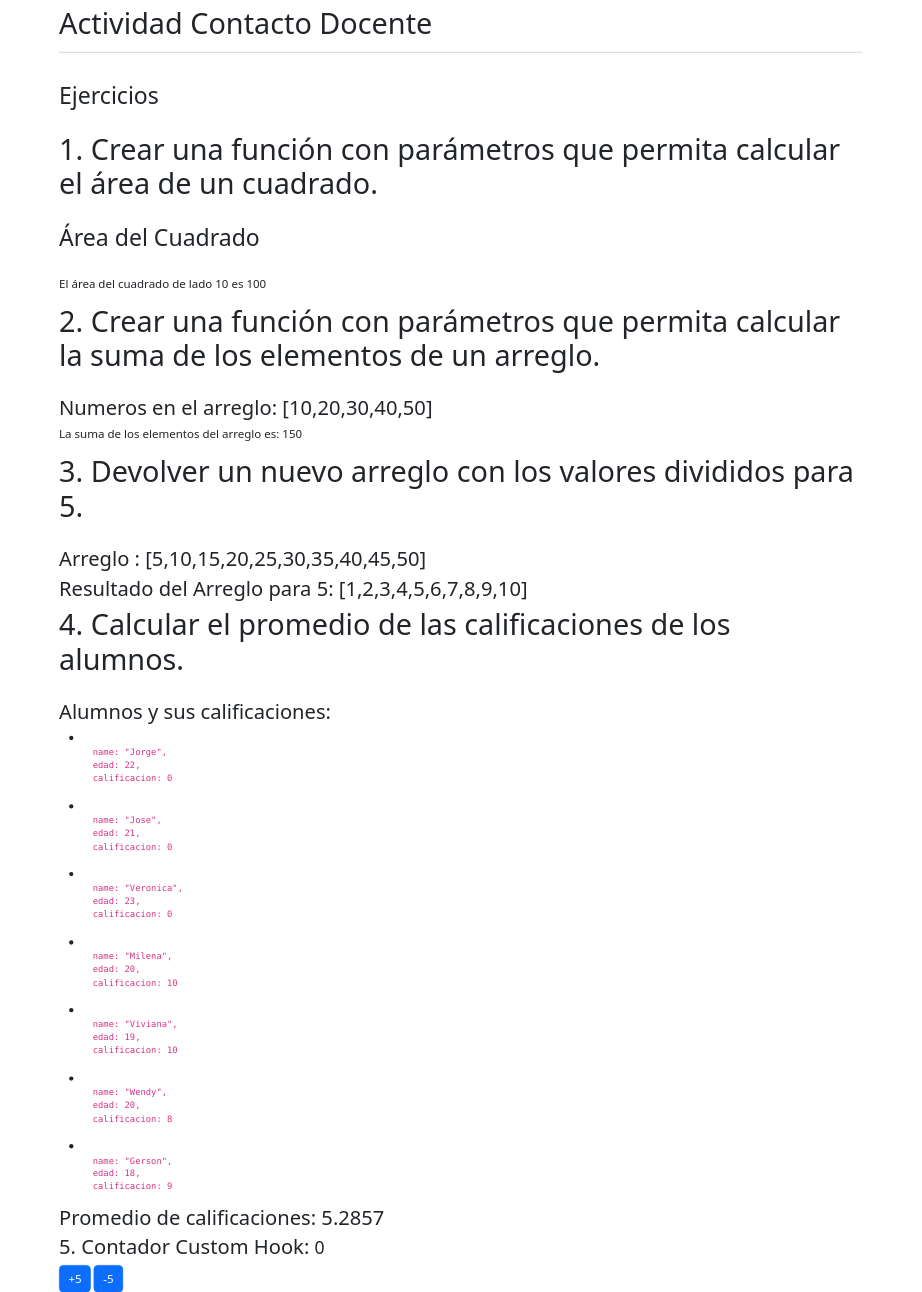
Repository: Jchimbo99/Actvidad1
Page: / (app in typescript-actividad/)
The author's editor kept a copy of each file at every save. The page is drawn from the files as they stood at one save, then again after the next save.
The browser window is 1280 px wide. The pictures show the whole page, at 72% of full size.
The project was rebuilt for these pictures with package versions that can differ from the ones it lists, and the page was loaded fresh each time. Also part of the build but not shown: typescript-actividad/vite.config.ts.

Above is the page before, as saved 2025-01-24 17:57:37.

### typescript-actividad/index.html
<!doctype html>
<html lang="en">
  <head>
    <meta charset="UTF-8" />
    <link rel="icon" type="image/svg+xml" href="/vite.svg" />
    <meta name="viewport" content="width=device-width, initial-scale=1.0" />
    <link href="https://cdn.jsdelivr.net/npm/bootstrap@5.3.3/dist/css/bootstrap.min.css" rel="stylesheet" integrity="sha384-QWTKZyjpPEjISv5WaRU9OFeRpok6YctnYmDr5pNlyT2bRjXh0JMhjY6hW+ALEwIH" crossorigin="anonymous">

    <title>Activididad Jch</title>
  </head>
  <body class="container">
    <div id="root"></div>
    <script type="module" src="/src/main.tsx"></script>
  </body>
</html>

### typescript-actividad/src/App.tsx
import { ContadorCustomHook } from "./components/ContadorCustomHook";
import { AreaCuadrado } from "./typescript/AreaCuadrado";
import { SumaArreglo } from "./typescript/Arreglo";
import { ArreglosDivision } from "./typescript/ArreglosDivision";
import { PromedioCalificaciones } from "./typescript/PromedioCalificaciones";

export const App = () => {
  return (

    <div className="mt-2">
      <h1>Actividad Contacto Docente</h1>
      <hr />
      <br />
      <h2>Ejercicios</h2>
      <br />

      <AreaCuadrado/>

      <SumaArreglo/>
      <ArreglosDivision/>
      <PromedioCalificaciones/>
      <ContadorCustomHook/>
      </div>
  )
}


export default App;

### typescript-actividad/src/components/ContadorCustomHook.tsx
import { useCounter } from "../hooks/useCounter";

export const ContadorCustomHook = () => {

    //lamar custohok

    const {valor, contador}=useCounter(0);


return (
    <div>
    <h3>5. Contador Custom Hook: <small>{valor}</small>
    </h3>
    <button
        className="btn btn-primary"
        onClick={() => contador(5)}>+5
    </button>
    &nbsp;

    <button
        className="btn btn-primary"
        onClick={() => contador(-5)}>-5
    </button>
    &nbsp;
    </div>
);
};

### typescript-actividad/src/typescript/AreaCuadrado.tsx
export const AreaCuadrado = () => {
    const lado = 10;
    const area = lado * lado;

    return (
        <div>

            <h1>1.	Crear una función con parámetros que permita calcular el área de un cuadrado.</h1>
            <br />
            <h2>Área del Cuadrado</h2>
            <br />
            <p>El área del cuadrado de lado {lado} es {area}</p>

        </div>
    );
}

### typescript-actividad/src/typescript/Arreglo.tsx
export const SumaArreglo = () => {

    const numeros = [10, 20, 30, 40, 50];

    const calcularSuma = (numeros: number[]): number => {
        return numeros.reduce((total, numero) => total + numero, 0);
    }

    const totalSuma = calcularSuma(numeros);

    return (
        <div>
            <h1>2. Crear una función con parámetros que permita calcular la suma de los elementos de un arreglo.</h1>
            <br />
            <h3>Numeros en el arreglo: {JSON.stringify(numeros)}</h3>
            <p>La suma de los elementos del arreglo es: {totalSuma}</p>
        </div>
    );
}

### typescript-actividad/src/typescript/ArreglosDivision.tsx
export const ArreglosDivision = () => {
    const arreglo = [5, 10, 15, 20, 25, 30, 35, 40, 45, 50];

    const arregloDividido = arreglo.map((valor) => valor / 5);

    return (
        <div>
            <h1>3. Devolver un nuevo arreglo con los valores divididos para 5.</h1>
            <br />
            <h3>Arreglo : {JSON.stringify(arreglo)}</h3>
            <h3>Resultado del Arreglo para  5: {JSON.stringify(arregloDividido)}</h3>
        </div>
    );
}

### typescript-actividad/src/typescript/PromedioCalificaciones.tsx
interface Alumnos {
    name: string;
    edad: number;
    calificacion: number;
}

export const PromedioCalificaciones = () => {
    const alumnos: Alumnos[] = [
        {
            name: "Jorge",
            edad: 22,
            calificacion: 0,
        },
        {
            name: "Jose",
            edad: 21,
            calificacion: 0,
        },
        {
            name: "Veronica",
            edad: 23,
            calificacion: 0,
        },
        {
            name: "Milena",
            edad: 20,
            calificacion: 10,
        },
        {
            name: "Viviana",
            edad: 19,
            calificacion: 10,
        },
        {
            name: "Wendy",
            edad: 20,
            calificacion: 8,
        },
        {
            name: "Gerson",
            edad: 18,
            calificacion: 9,
        },
    ];

    // Función para calcular el promedio de las calificaciones
    const calcularPromedio = (alumnos: Alumnos[]): number => {
        const sumaCalificaciones = alumnos.reduce((total, alumno) => total + alumno.calificacion, 0);
        return sumaCalificaciones / alumnos.length;
    };

    const promedio = calcularPromedio(alumnos);

    return (
        <div>
            <h1>4. Calcular el promedio de las calificaciones de los alumnos.</h1>
            <br />
            <h3>Alumnos y sus calificaciones:</h3>
            <ul>
                {alumnos.map((alumno) => (
                    <li key={alumno.name}>
                        <code>
                            <pre>{`\n  name: "${alumno.name}",\n  edad: ${alumno.edad},\n  calificacion: ${alumno.calificacion}\n`}</pre>
                        </code>
                    </li>
                ))}
            </ul>
            <h3>Promedio de calificaciones: {Number(promedio.toFixed(4))}</h3>

        </div>
    );
};

### typescript-actividad/src/hooks/useCounter.tsx
import { useState } from "react";

export const useCounter = (inicial: number = 0) => {


    const [valor, setValor] = useState<number>(inicial);


    const contador = (numero: number): void => {
        setValor(valor + numero);
    }
return{
    valor,
    contador
}

}

Loaded but not shown: typescript-actividad/src/main.tsx (common file)

After the next save:
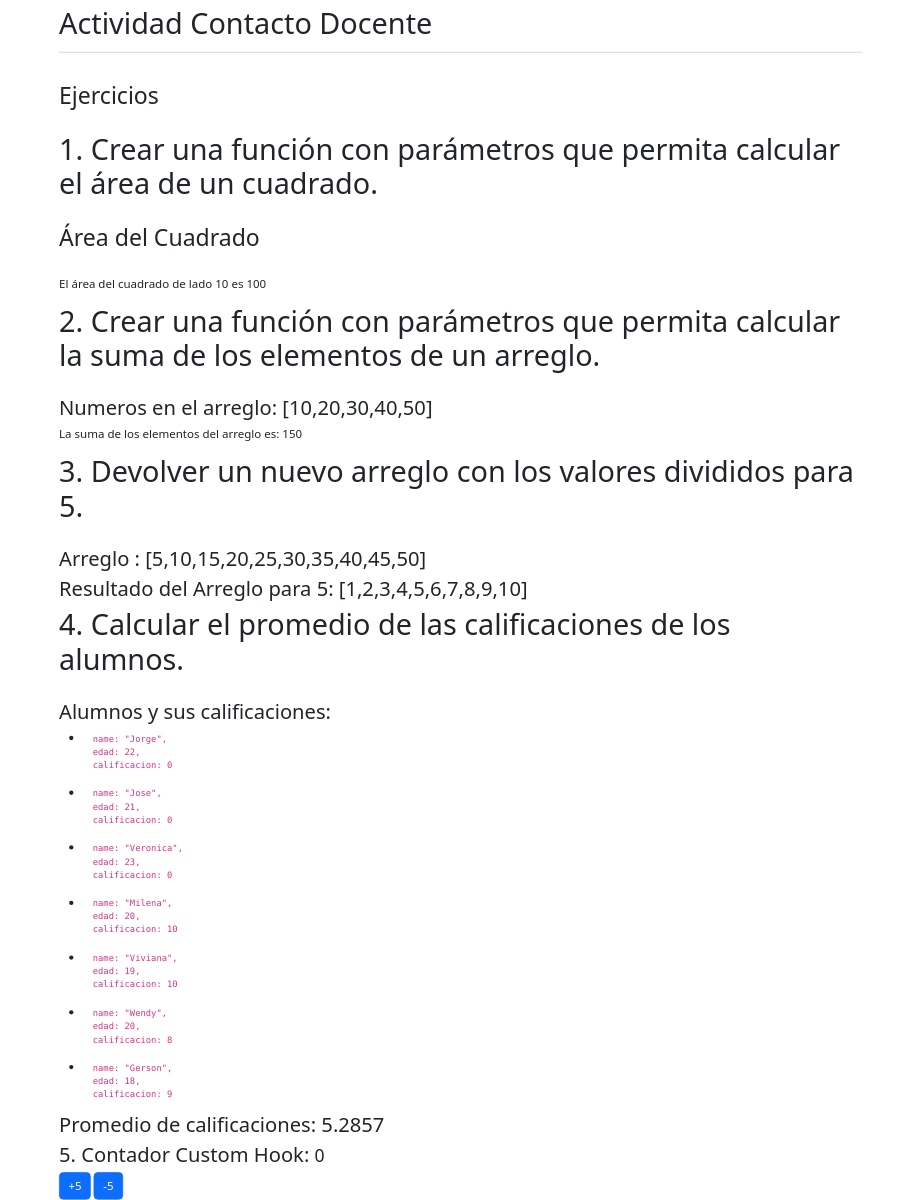
Saved 6 s later.
--- a/typescript-actividad/src/typescript/PromedioCalificaciones.tsx
+++ b/typescript-actividad/src/typescript/PromedioCalificaciones.tsx
@@ -60,7 +60,7 @@ export const PromedioCalificaciones = () => {
                 {alumnos.map((alumno) => (
                     <li key={alumno.name}>
                         <code>
-                            <pre>{`\n  name: "${alumno.name}",\n  edad: ${alumno.edad},\n  calificacion: ${alumno.calificacion}\n`}</pre>
+                            <pre>{`  name: "${alumno.name}",\n  edad: ${alumno.edad},\n  calificacion: ${alumno.calificacion}\n`}</pre>
                         </code>
                     </li>
                 ))}
